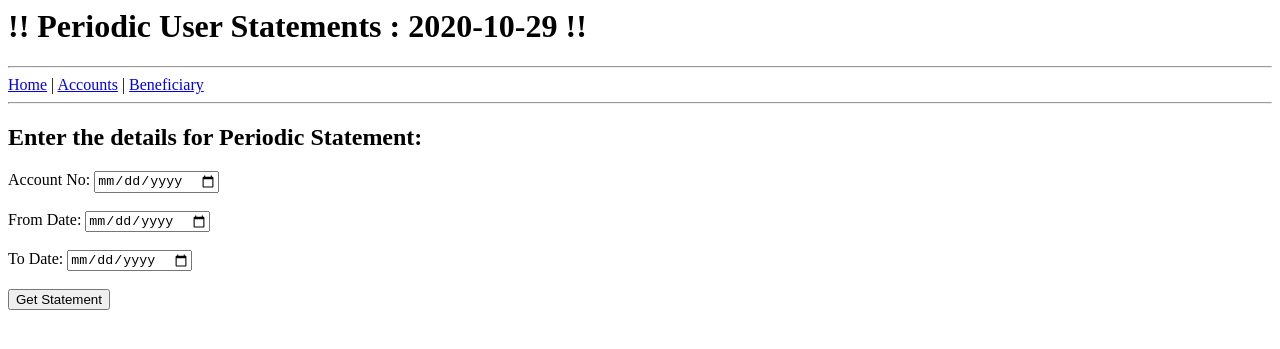
Repository: anik84/ibs
Page: http://localhost/IBS/user_periodic_statement_display_form.jsp
These files come from the project's save history. The page is drawn as it stood at one moment and after the next save; the edit follows.
The browser window is 1280 px wide. The pictures show the whole page.
The page is served by Tomcat 9.

Above is the page before, as saved 2020-10-29 10:29:25.

After the next save:
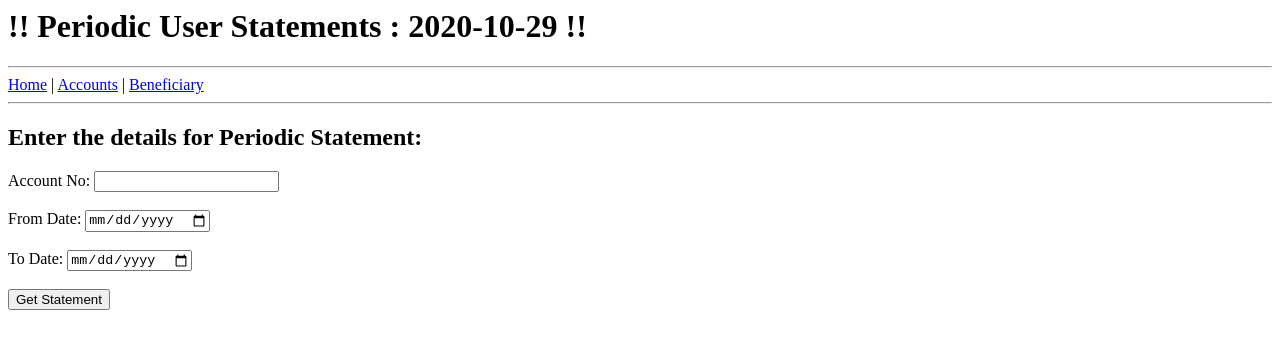
Saved 3 min 34 s later.
--- a/IBS_JSPs/IBS/WebContent/user_periodic_statement_display_form.jsp
+++ b/IBS_JSPs/IBS/WebContent/user_periodic_statement_display_form.jsp
@@ -14,7 +14,7 @@
 	<h2>Enter the details for Periodic Statement:</h2>
 	<form action="periodicstatement" method="POST">
 		<div>
-			<label>Account No: </label> <input type="date" name="accountNo"
+			<label>Account No: </label> <input type="number" name="accountNo"
 				required />
 		</div><br />
 		<div>
